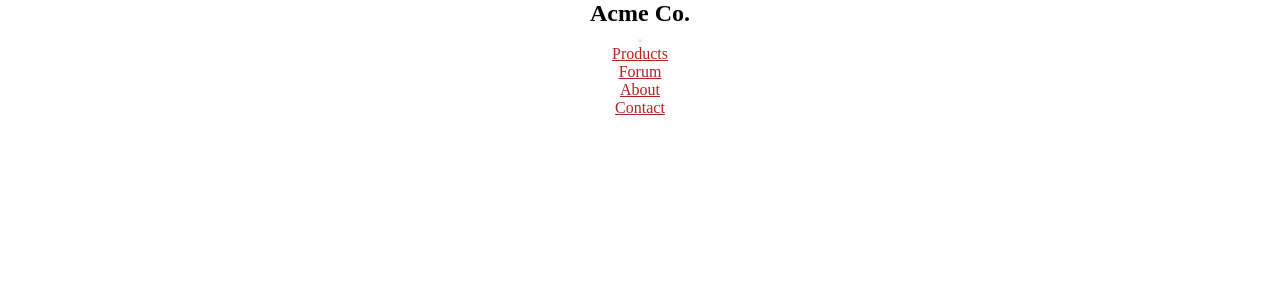
Repository: JavaProgrammerFromEastEurope/project-css-full-tutorial
Page: 22_lesson/menu.html
An editor plug-in stored every save of this project. The page is shown before and after a run of saves, followed by the edit.
The browser window is 1280 px wide. The pictures show the whole page.

Above is the page before, as saved 2023-04-07 14:57:25.

### 22_lesson/menu.html
<!DOCTYPE html>
<html lang="en">

<head>
    <meta charset="UTF-8">
    <meta http-equiv="X-UA-Compatible" content="IE=edge">
    <meta name="viewport" content="width=device-width, initial-scale=1.0">
    <title>CSS Animated Menu</title>
    <link rel="stylesheet" href="css/menu.css">
</head>

<body>
    <header>
        <section class="header-title-line">
            <h1>Acme Co.</h1>
            <button class="menu-button">
                <div class="menu-icon"></div>
            </button>
        </section>

        <nav>
            <ul>
                <li><a href="products.html">Products</a></li>
                <li><a href="#">Forum</a></li>
                <li><a href="#">About</a></li>
                <li><a href="#">Contact</a></li>
            </ul>
        </nav>
    </header>

    <main>

    </main>

</body>

</html>

### 22_lesson/css/menu.css
@import url('https://fonts.googleapis.com/css2?family=Nunito&display=swap');

/* || RESET */
* {
  margin: 0;
  padding: 0;
  box-sizing: border-box;
}

/* || VARIABLES */
:root {

  --HEADER-BGCOLOR: #475569;


@media (prefers-color-scheme: light) {
  :root {
    --BGCOLOR: #000;
    --ALT-BGCOLOR: #333;
    --RADIAL-COLOR: rgb(217, 217, 217);
    --SQUARE-BGCOLOR: rgb(202, 174, 202);
  }
}

/* || GENERAL STYLES */
body {
  font: var(--FS) var(--FF);
  min-height: 100vh;

  background-color: var(--BGCOLOR);
  background-image: radial-gradient(var(--RADIAL-COLOR), var(--BGCOLOR));
  display: flex;
  flex-direction: column;
}

header,
nav,
footer {
  display: grid;
  place-content: center;
  grid-template-columns: 100%;
  text-align: center;
}

header,
footer {
  position: sticky;
  background-color: var(--ALT-BGCOLOR);
  color: var(--LIGHT-COLOR);
}

header {
  top: 0;
}

nav {
  background-color: var(--LIGHT-COLOR);
  color: var(--DARK-COLOR);
  border-bottom: var(--BORDERS);
  box-shadow: var(--SHADOWS);
}

main {
  flex-grow: 1;
  padding: var(--PADDING);
  display: grid;
  grid-template-columns: repeat(4, minmax(100px, 300px));
  gap: min(2vw, 20px);
  /* display: flex;
  flex-flow: column nowrap;
  justify-content: flex-start; */
}

main section {
  flex-grow: 1;
  padding: var(--PADDING);
}

main aside {
  background-color: hsla(0, 0%, 20%, 0.8);
  color: var(--LIGHT-COLOR);
  font-size: var(--FS-SM);
  font-style: italic;
  padding: var(--PADDING);
}

.content {
  margin-top: 20px;
}

.tooltip {
  border-bottom: 1px dashed orange;
  position: relative;
}

.tooltip:hover::before {
  content: attr(data-tooltip);
  positioin: absolute;
  top: -20px;
  white-space: nowrap;
  background-color: var(--DARK-COLOR);
  padding: var(--PADDING);
  border-radius: 15px;
}

footer {
  bottom: 0;
}

a:any-link {
  color: firebrick;
}

a:hover,
a:focus {
  filter: brightness(150%);
}

/* || FEATURES */

.square--highlight {
  --SQUARE-BGCOLOR: cornflowerblue;
}

.square {
  background-color: var(--SQUARE-BGCOLOR);
  border: var(--BORDERS);
  border-radius: 15px;
  display: grid;
  place-content: center;
  font-size: var(--FS-XL);
  box-shadow: var(--SHADOWS);
}

@media screen and (min-width: 576px) {
  main {
    flex-flow: row nowrap;
    justify-content: space-between;
  }

  main section {
    width: calc(70% -5px);
  }

  main aside {
    width: calc(30% - 5%);
  }
}

After the next 6 saves:
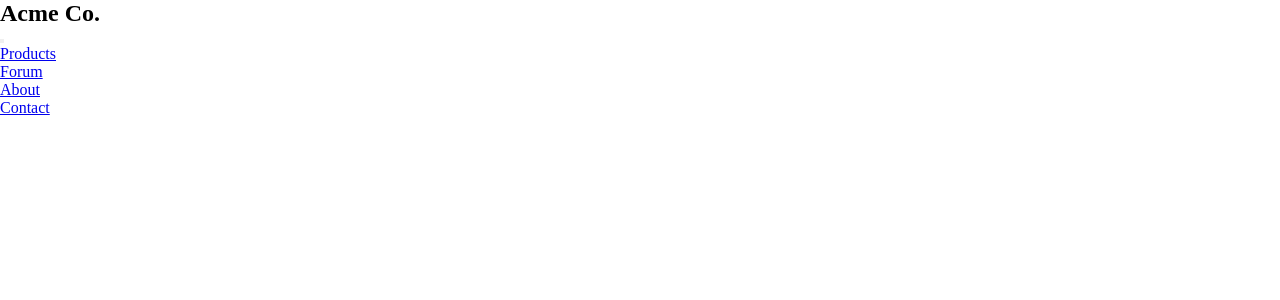
The 6 saves are shown as one change because they came seconds apart.
The last was saved 13 s later.
--- a/22_lesson/css/menu.css
+++ b/22_lesson/css/menu.css
@@ -10,7 +10,8 @@
 /* || VARIABLES */
 :root {
 
-  --HEADER-BGCOLOR: #475569;
+  --HEADER-BGCOLOR: #333;
+	--HEADER-COLOR:
 
 
 @media (prefers-color-scheme: light) {

After the save that followed:
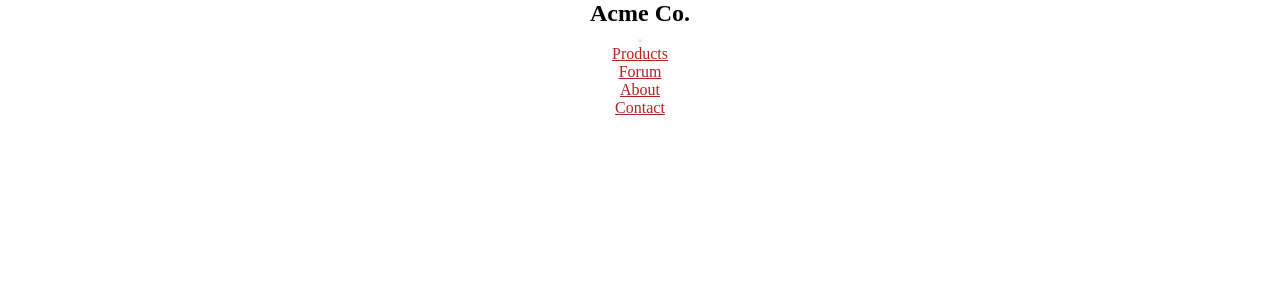
Saved 4 s later.
--- a/22_lesson/css/menu.css
+++ b/22_lesson/css/menu.css
@@ -11,7 +11,7 @@
 :root {
 
   --HEADER-BGCOLOR: #333;
-	--HEADER-COLOR:
+	--HEADER-COLOR: whitesmoke;
 
 
 @media (prefers-color-scheme: light) {
